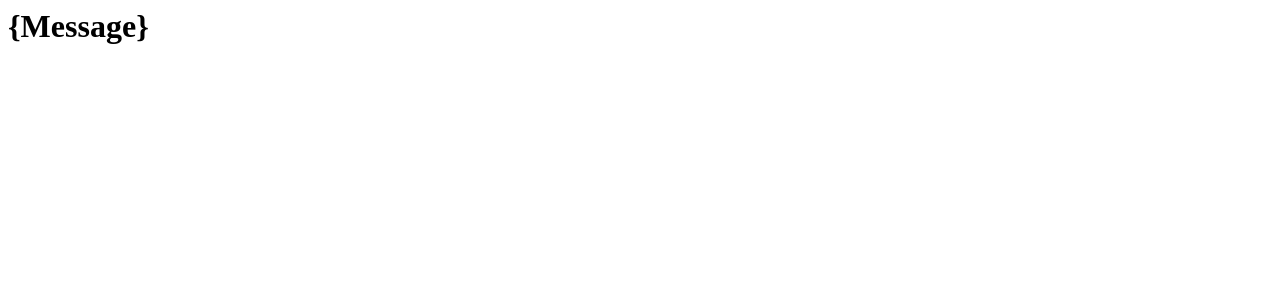
Repository: anth0nywong/Learn-and-Understand-NodeJS
Page: 5.0_HTTP-web-server/routing/index.htm
An editor plug-in stored every save of this project. The page is shown before and after the next save, followed by the edit.
The browser window is 1280 px wide. The pictures show the whole page.

Above is the page before, as saved 2023-05-05 00:57:08.

After the next save:
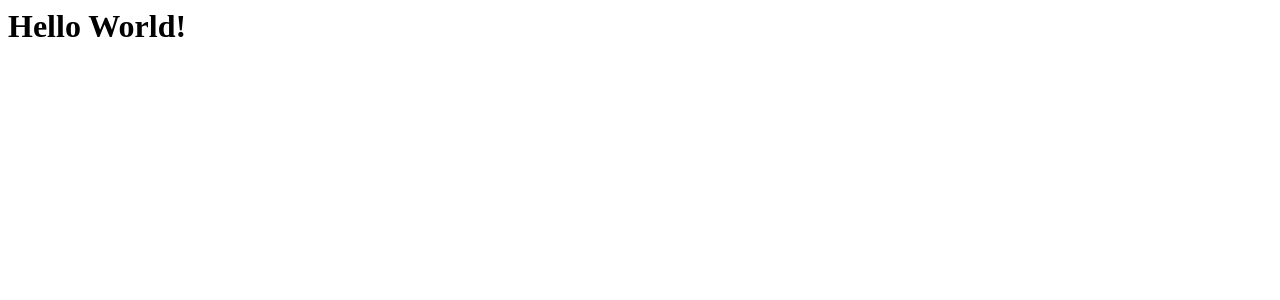
Saved 26 s later.
--- a/5.0_HTTP-web-server/routing/index.htm
+++ b/5.0_HTTP-web-server/routing/index.htm
@@ -3,6 +3,6 @@
 
     </head>
     <body>
-        <h1>{Message}</h1>
+        <h1>Hello World!</h1>
     </body>
 </html>
